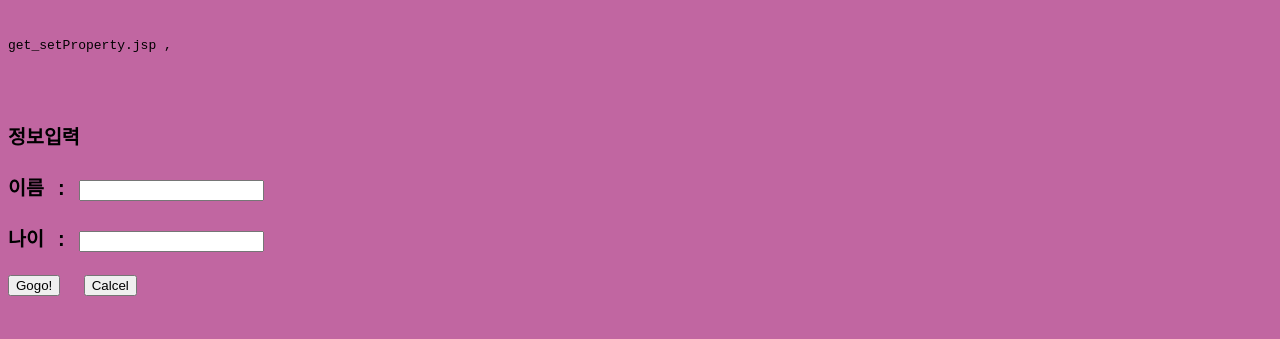
Repository: violetaplum/eclipseJSP
Page: http://localhost/JSP/jstl_useBean.jsp
An editor plug-in stored every save of this project. The page is shown before and after a run of saves, followed by the edit.
The browser window is 1280 px wide. The pictures show the whole page.
The page is served by Tomcat 9. Other server files are loaded and not shown.

Above is the page before, as saved 2019-06-10 11:27:36.

### JSP/WebContent/jstl_useBean.jsp
<%@ page language="java" contentType="text/html; charset=UTF-8"
    pageEncoding="UTF-8"%>
<%@ taglib uri="http://java.sun.com/jsp/jstl/core" prefix="c"%>

<html>
<head>
<meta http-equiv="Content-Type" content="text/html; charset=UTF-8">
  <style>
  body
  {
    background: #c166a1;

  }
  </style>

</head>
<body>
  <pre>
<form action="get_setProperty.jsp" method="post">

get_setProperty.jsp ,

  <h2>
정보입력

이름 : <input type="text" name="name"/>

나이 : <input type="text" name="age"/>

<input type="submit" value="Gogo!" />  <input type="reset" value="Calcel" />

  </h2>
  </form>
</pre>
</body>
</html>

After the next 2 saves:
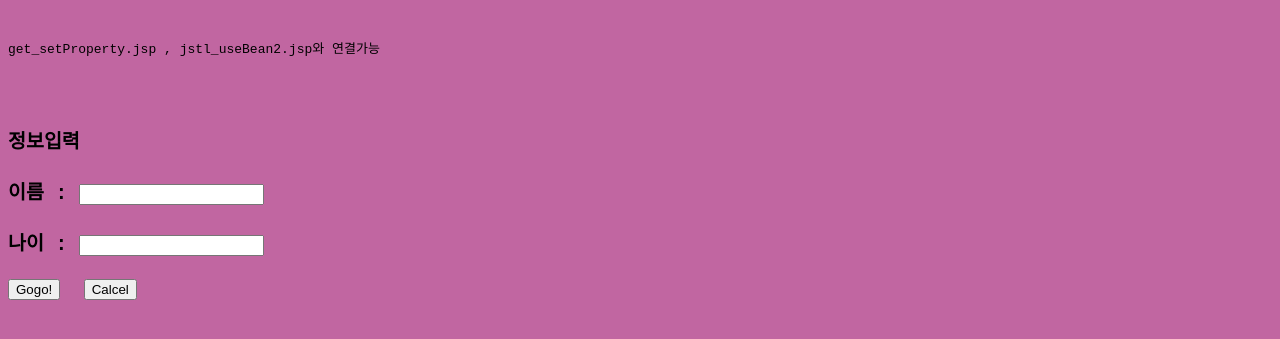
The 2 saves are shown as one change because they came seconds apart.
The last was saved 12 s later.
--- a/JSP/WebContent/jstl_useBean.jsp
+++ b/JSP/WebContent/jstl_useBean.jsp
@@ -18,7 +18,7 @@
   <pre>
 <form action="get_setProperty.jsp" method="post">
 
-get_setProperty.jsp ,
+get_setProperty.jsp , jstl_useBean2.jsp와 연결가능<!--  -->
 
   <h2>
 정보입력
